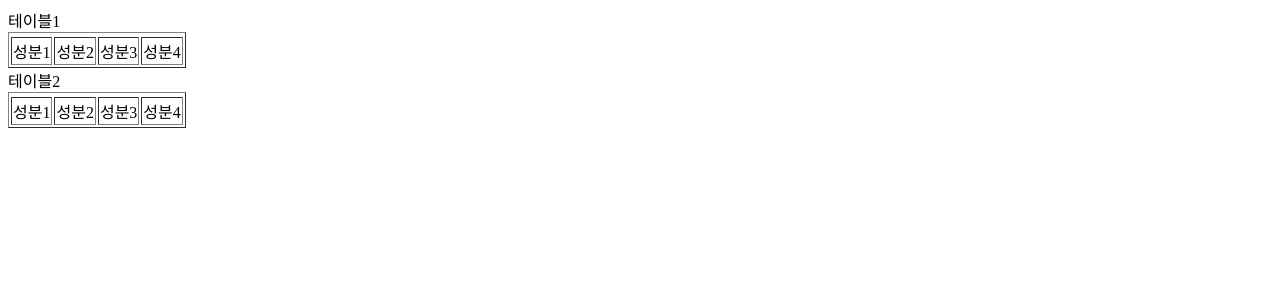
Repository: KimHeonSeung/TJE_HTML
Page: sources/day_04/WebContent/border_width.html
An editor plug-in stored every save of this project. The page is shown before and after the next save, followed by the edit.
The browser window is 1280 px wide. The pictures show the whole page.

Above is the page before, as saved 2019-05-15 01:05:59.

After the next save:
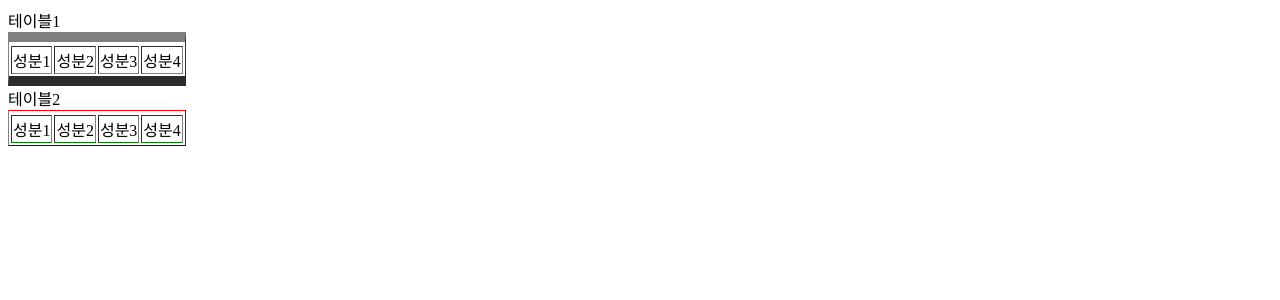
Saved 10 s later.
--- a/sources/day_04/WebContent/border_width.html
+++ b/sources/day_04/WebContent/border_width.html
@@ -6,11 +6,11 @@
 
 <style>
 
-	table1 {
+	.table1 {
 		border-top-width: 10px;
 		border-bottom-width: 10px;
 	}
-	table2 {
+	.table2 {
 		border-top-color: red;
 		border-bottom-color: green;
 	}
